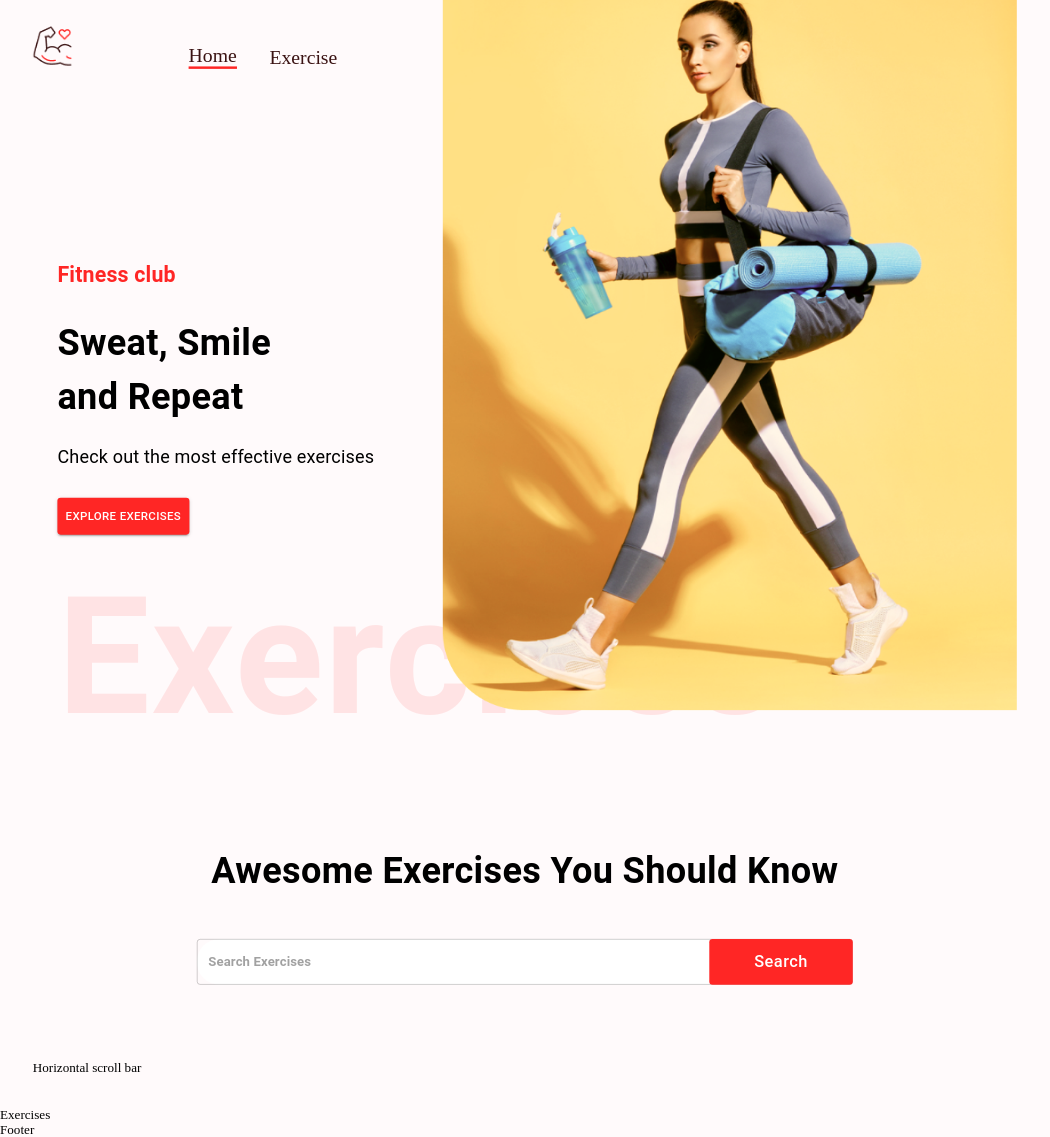
Repository: Ayush-dixit-15/ADGym
Page: /
The author's editor kept a copy of each file at every save. The page is drawn from the files as they stood at one save, then again after a run of saves.
The browser window is 1280 px wide. The pictures show the whole page, at 82% of full size.
The page's requests for data from a server got no answer. The project was rebuilt for these pictures with package versions that can differ from the ones it lists, and the page was loaded fresh each time. No one was signed in, and anything a server would have sent is missing. Also part of the build but not shown: src/pages/ExerciseDetail.js.

Above is the page before, as saved 2022-08-05 11:44:28.

After the next 3 saves:
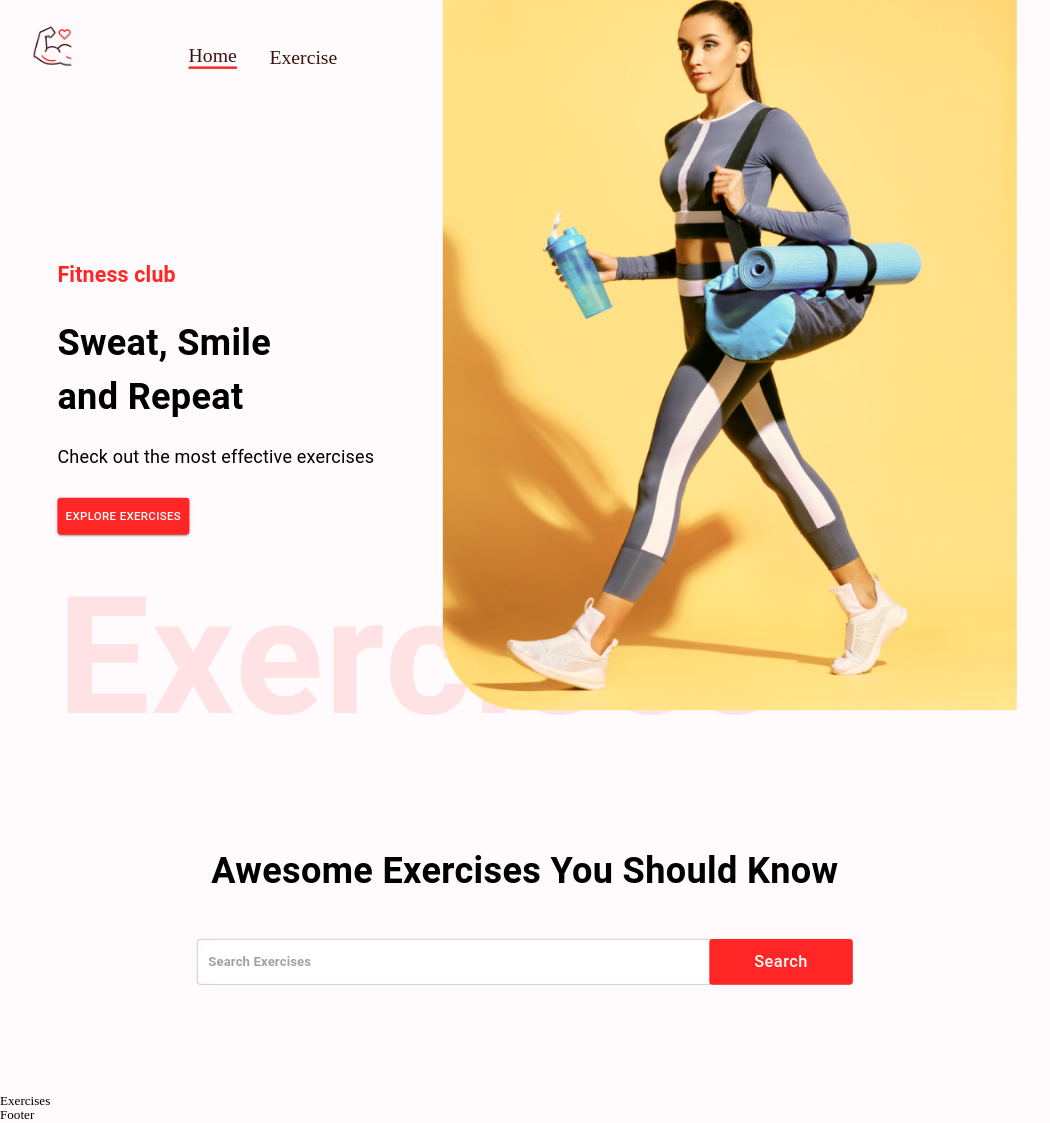
The 3 saves are shown as one change because they came seconds apart.
The last was saved 11 s later.
--- a/src/components/HorizontalScrollbar.js
+++ b/src/components/HorizontalScrollbar.js
@@ -1,10 +1,10 @@
 import React from 'react'
 
 
-const HorizontalScrollbar = ( ) =>{
+const HorizontalScrollbar = ( { data }) =>{
        return (
         <div>
-            Horizontal scroll bar
+
         </div>
        )
 }
